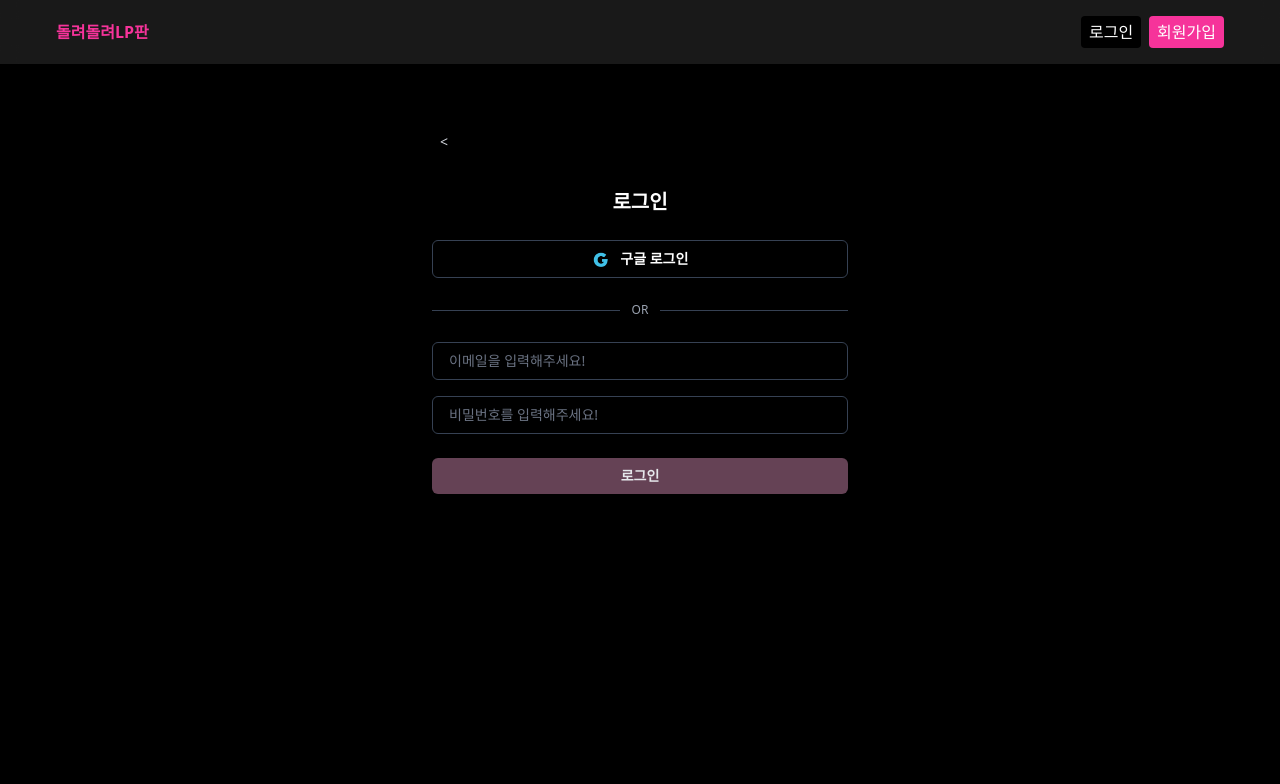
Repository: DSWU-UMC-9th/UMC-9th-Yeon
Page: /login (app in week4/)
These files come from the project's save history. The page is drawn as it stood at one moment and after the next save; the edit follows.
The browser window is 1280 px wide. The pictures show the whole page.
The project was rebuilt for these pictures with package versions that can differ from the ones it lists, and the page was loaded fresh each time. Also part of the build but not shown: week4/vite.config.ts, week4/src/api/tmdb.ts, week4/src/components/MovieCard.tsx, week4/src/components/Spinner.tsx, week4/src/components/Pager.tsx, week4/src/hooks/useMovies.ts, week4/src/pages/Home.tsx, week4/src/pages/Popular.tsx and 4 more.

Above is the page before, as saved 2025-11-04 20:43:48.

### week4/index.html
<!doctype html>
<html lang="en">
  <head>
    <meta charset="UTF-8" />
    <link rel="icon" type="image/svg+xml" href="/vite.svg" />
    <meta name="viewport" content="width=device-width, initial-scale=1.0" />
    <title>week4</title>
  </head>
  <body>
    <div id="root"></div>
    <script type="module" src="/src/main.tsx"></script>
  </body>
</html>

### week4/src/App.tsx
import { createBrowserRouter, RouterProvider } from "react-router-dom";
import Layout from "./components/Layout";
import Home from "./pages/Home";
import Popular from "./pages/Popular";
import Upcoming from "./pages/Upcoming";
import TopRated from "./pages/TopRated";
import NowPlaying from "./pages/NowPlaying";
import MovieDetail from "./pages/MovieDetail";

import Login from "./pages/Login";

const router = createBrowserRouter([
  {
    path: "/",
    element: <Layout />,
    children: [
      { path: "/", element: <Home /> },
      { path: "popular", element: <Popular /> },
      { path: "upcoming", element: <Upcoming /> },
      { path: "top_rated", element: <TopRated /> },
      { path: "now_playing", element: <NowPlaying /> },
      { path: "movie/:movieId", element: <MovieDetail /> },

      { path: "login", element: <Login /> },
    ],
  },
]);

export default function App() {
  return <RouterProvider router={router} />;
}

### week4/src/components/Layout.tsx
import { Outlet, useLocation } from "react-router-dom";
import Navbar from "./Navbar";

export default function Layout() {
  const { pathname } = useLocation();
  const isMovieDetail = pathname.startsWith("/movie/");
  const isAuthPage = pathname.startsWith("/login") || pathname.startsWith("/signup");

  return (
    <div className={`min-h-screen ${isAuthPage ? "bg-black/50" : isMovieDetail ? "bg-black" : "bg-white"}`}>
      <header
        className={`sticky top-0 z-10 backdrop-blur ${isMovieDetail || isAuthPage ? "bg-black/80" : "bg-gray-100/80"}`}
      >
        <div className="max-w-8xl px-14 py-4 flex items-center justify-between">
          <Navbar />
        </div>
      </header>
      <Outlet />
    </div>
  );
}

### week4/src/pages/Login.tsx
import { useNavigate } from "react-router-dom";
import Button from "../components/forms/Button";
import TextInput from "../components/forms/TextInput";
import { useForm } from "../hooks/useForm";

type LoginValues = {
  email: string;
  password: string;
};

const emailRegex = /^[A-Za-z0-9._%+-]+@[A-Za-z0-9.-]+\.[A-Za-z]{2,}$/;

export default function Login() {
  const navigate = useNavigate();

  const { values, errors, touched, isValid, submitting, handleChange, handleBlur, handleSubmit } = useForm<LoginValues>(
    {
      initialValues: { email: "", password: "" },
      validate: (v) => {
        const errs: Partial<Record<keyof LoginValues, string>> = {};
        if (!emailRegex.test(v.email)) {
          errs.email = "올바른 이메일 형식을 입력해주세요.";
        }
        if (v.password.length < 6) {
          errs.password = "비밀번호는 최소 6자 이상이어야 합니다.";
        }
        return errs;
      },
      onSubmit: async ({ email, password }) => {
        // TODO: 실제 로그인 API 연동 위치
        // await api.auth.login({ email, password });
        console.log("login with", email, password);
        // 성공 시 이동
        // navigate("/");
      },
    }
  );

  return (
    <div className="min-h-screen bg-black text-white">
      <div className="mx-auto flex max-w-md flex-col gap-6 px-4 py-16">
        {/* 뒤로가기 */}
        <button
          onClick={() => navigate(-1)}
          className="mb-2 w-fit rounded-md px-2 py-1 text-sm text-gray-300 hover:bg-gray-800"
          aria-label="이전 페이지로 이동"
        >
          &lt;
        </button>

        <h1 className="text-center text-xl font-semibold">로그인</h1>

        {/* 구글 로그인 */}
        <Button
          onClick={() => console.log("google login")}
          className="border border-gray-700 bg-transparent text-gray-200 hover:bg-gray-800"
        >
          <span className="mr-2">🇬</span> 구글 로그인
        </Button>

        <div className="flex items-center gap-3">
          <div className="h-px flex-1 bg-gray-700" />
          <span className="text-xs text-gray-400">OR</span>
          <div className="h-px flex-1 bg-gray-700" />
        </div>

        <form onSubmit={handleSubmit} className="flex flex-col gap-4">
          <TextInput
            name="email"
            type="email"
            placeholder="이메일을 입력해주세요!"
            value={values.email}
            onChange={handleChange}
            onBlur={handleBlur}
            error={touched.email ? errors.email : undefined}
            aria-invalid={!!(touched.email && errors.email)}
            aria-describedby="email-error"
          />
          <TextInput
            name="password"
            type="password"
            placeholder="비밀번호를 입력해주세요!"
            value={values.password}
            onChange={handleChange}
            onBlur={handleBlur}
            error={touched.password ? errors.password : undefined}
            aria-invalid={!!(touched.password && errors.password)}
            aria-describedby="password-error"
          />

          {/* 로그인 버튼: 이메일 + 비번 모두 유효할 때만 활성화 */}
          <Button type="submit" loading={submitting} disabled={!isValid} className="mt-2">
            로그인
          </Button>
        </form>
      </div>
    </div>
  );
}

### week4/src/components/Navbar.tsx
import { NavLink, useLocation } from "react-router-dom";

export default function Navbar() {
  const { pathname } = useLocation();
  const isMovieDetail = pathname.startsWith("/movie/");
  const isAuthPage = pathname.startsWith("/login") || pathname.startsWith("/signup");
  const linkCls = ({ isActive }: { isActive: boolean }) =>
    isActive
      ? isMovieDetail
        ? "font-semibold text-white"
        : "font-semibold text-green-700"
      : isMovieDetail
      ? "text-gray-500 hover:text-white"
      : "text-gray-500 hover:text-gray-900";

  if (isAuthPage) {
    return (
      <nav className="w-full flex items-center justify-between">
        <div className="text-pink-500 text-l font-bold">돌려돌려LP판</div>
        <div className="flex gap-2">
          <NavLink to="/login" className="bg-black text-white px-2 py-1 rounded">
            로그인
          </NavLink>
          <NavLink to="/signup" className="bg-pink-500 text-white px-2 py-1 rounded">
            회원가입
          </NavLink>
        </div>
      </nav>
    );
  }

  return (
    <nav className="w-full flex items-center justify-between">
      <div className="flex gap-4 text-sm">
        <NavLink to="/" end className={linkCls}>
          홈
        </NavLink>
        <NavLink to="/popular" className={linkCls}>
          인기 영화
        </NavLink>
        <NavLink to="/now_playing" className={linkCls}>
          상영 중
        </NavLink>
        <NavLink to="/top_rated" className={linkCls}>
          평점 높은
        </NavLink>
        <NavLink to="/upcoming" className={linkCls}>
          개봉 예정
        </NavLink>
      </div>
      <NavLink to="/login" className={linkCls}>
        로그인
      </NavLink>
    </nav>
  );
}

### week4/src/components/forms/Button.tsx
import React from "react";

type Props = React.ButtonHTMLAttributes<HTMLButtonElement> & {
  loading?: boolean;
};

export default function Button({ loading, disabled, className, children, ...rest }: Props) {
  const isDisabled = loading || disabled;
  return (
    <button
      disabled={isDisabled}
      {...rest}
      className={[
        "w-full rounded-md px-4 py-2 text-sm font-semibold transition",
        isDisabled ? "bg-pink-300/40 cursor-not-allowed text-gray-200" : "bg-pink-500 hover:bg-pink-600 text-white",
        className ?? "",
      ].join(" ")}
    >
      {loading ? "처리 중..." : children}
    </button>
  );
}

### week4/src/components/forms/TextInput.tsx
import React from "react";

type Props = React.InputHTMLAttributes<HTMLInputElement> & {
  label?: string;
  error?: string;
};

export default function TextInput({ label, error, className, ...rest }: Props) {
  return (
    <label className="block w-full">
      {label && <span className="mb-2 block text-sm text-gray-300">{label}</span>}
      <input
        {...rest}
        className={[
          "w-full rounded-md border bg-transparent px-4 py-2 text-sm outline-none transition",
          "placeholder:text-gray-500",
          error ? "border-red-500 focus:border-red-400" : "border-gray-700 focus:border-pink-400",
          className ?? "",
        ].join(" ")}
      />
      {error ? <p className="mt-1 text-xs text-red-400">{error}</p> : null}
    </label>
  );
}

### week4/src/hooks/useForm.ts
/* eslint-disable @typescript-eslint/no-explicit-any */

import { useCallback, useMemo, useState } from "react";

type Errors<T> = Partial<Record<keyof T, string>>;

export function useForm<T extends Record<string, any>>(opts: {
  initialValues: T;
  validate: (values: T) => Errors<T>;
  onSubmit?: (values: T) => void | Promise<void>;
}) {
  const { initialValues, validate, onSubmit } = opts;

  const [values, setValues] = useState<T>(initialValues);
  const [errors, setErrors] = useState<Errors<T>>({});
  const [touched, setTouched] = useState<Record<keyof T, boolean>>(
    Object.keys(initialValues).reduce((acc, k) => {
      (acc as any)[k] = false;
      return acc;
    }, {} as Record<keyof T, boolean>)
  );
  const [submitting, setSubmitting] = useState(false);

  const handleChange = useCallback((e: React.ChangeEvent<HTMLInputElement>) => {
    const { name, value } = e.target;
    setValues((v) => ({ ...v, [name]: value }));
  }, []);

  const handleBlur = useCallback(
    (e: React.FocusEvent<HTMLInputElement>) => {
      const { name } = e.target;
      setTouched((t) => ({ ...t, [name]: true }));
      setErrors(validate(values));
    },
    [validate, values]
  );

  const isValid = useMemo(() => {
    const errs = validate(values);
    return Object.keys(errs).length === 0;
  }, [validate, values]);

  const handleSubmit = useCallback(
    async (e: React.FormEvent) => {
      e.preventDefault();
      const errs = validate(values);
      setErrors(errs);
      setTouched(
        Object.keys(values).reduce((acc, k) => {
          (acc as any)[k] = true;
          return acc;
        }, {} as Record<keyof T, boolean>)
      );
      if (Object.keys(errs).length > 0) return;

      if (!onSubmit) return;
      try {
        setSubmitting(true);
        await onSubmit(values);
      } finally {
        setSubmitting(false);
      }
    },
    [onSubmit, validate, values]
  );

  return { values, errors, touched, isValid, submitting, handleChange, handleBlur, handleSubmit, setValues };
}

Loaded but not shown: week4/src/main.tsx (common file); week4/src/index.css (common file)

After the next save:
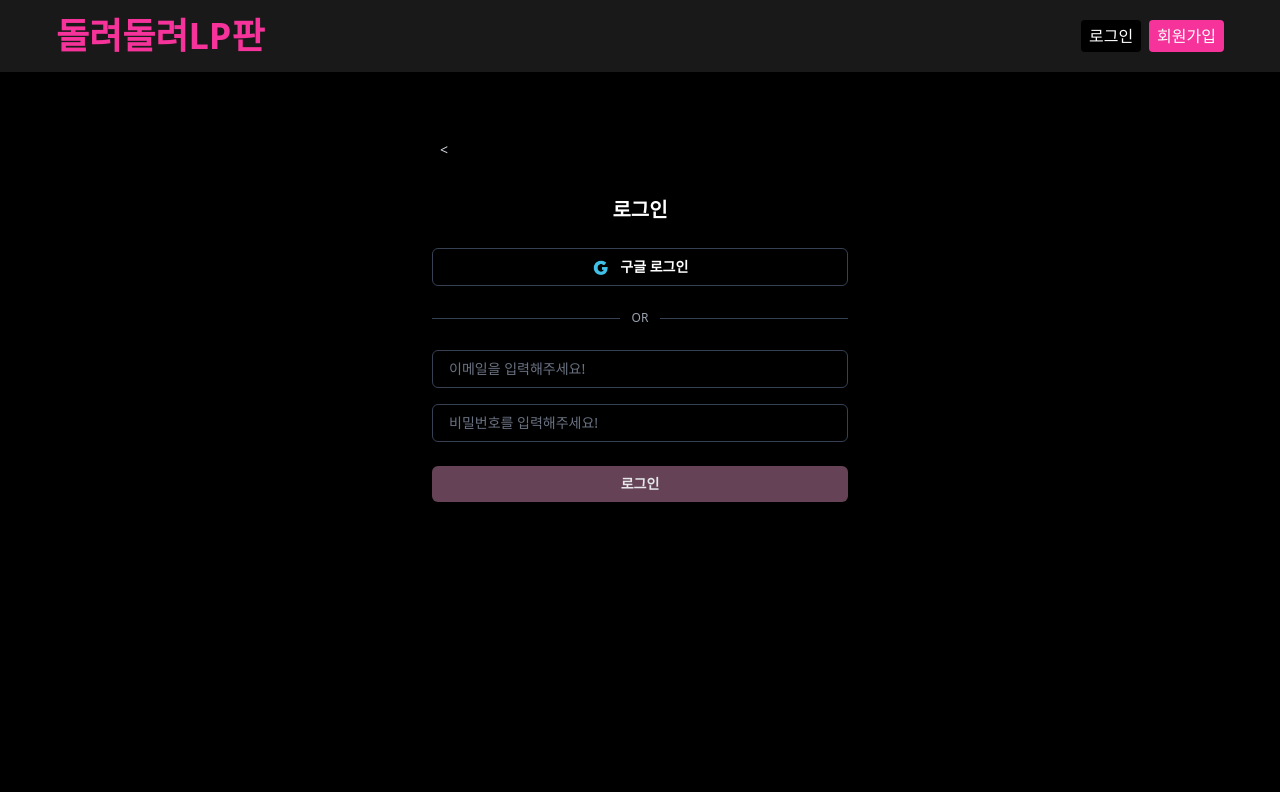
Saved 13 s later.
--- a/week4/src/components/Navbar.tsx
+++ b/week4/src/components/Navbar.tsx
@@ -16,7 +16,7 @@ export default function Navbar() {
   if (isAuthPage) {
     return (
       <nav className="w-full flex items-center justify-between">
-        <div className="text-pink-500 text-l font-bold">돌려돌려LP판</div>
+        <div className="text-pink-500 text-4xl font-bold">돌려돌려LP판</div>
         <div className="flex gap-2">
           <NavLink to="/login" className="bg-black text-white px-2 py-1 rounded">
             로그인
